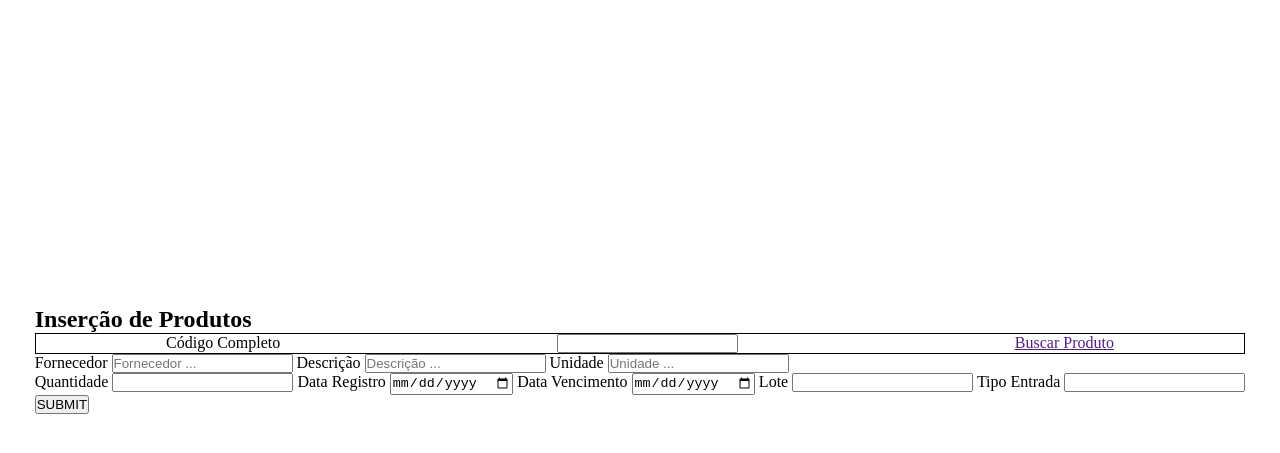
Repository: RobertoAntunes35/controle-estoque
Page: backend/templates/index.html
An editor plug-in stored every save of this project. The page is shown before and after a run of saves, followed by the edit.
The browser window is 1280 px wide. The pictures show the whole page.
The template is drawn by Flask 3. The application's start-up code is not run. The template is opened directly, without the code that normally fills it, so the values that code supplies are empty.

Above is the page before, as saved 2023-05-27 11:36:06.

After the next 2 saves:
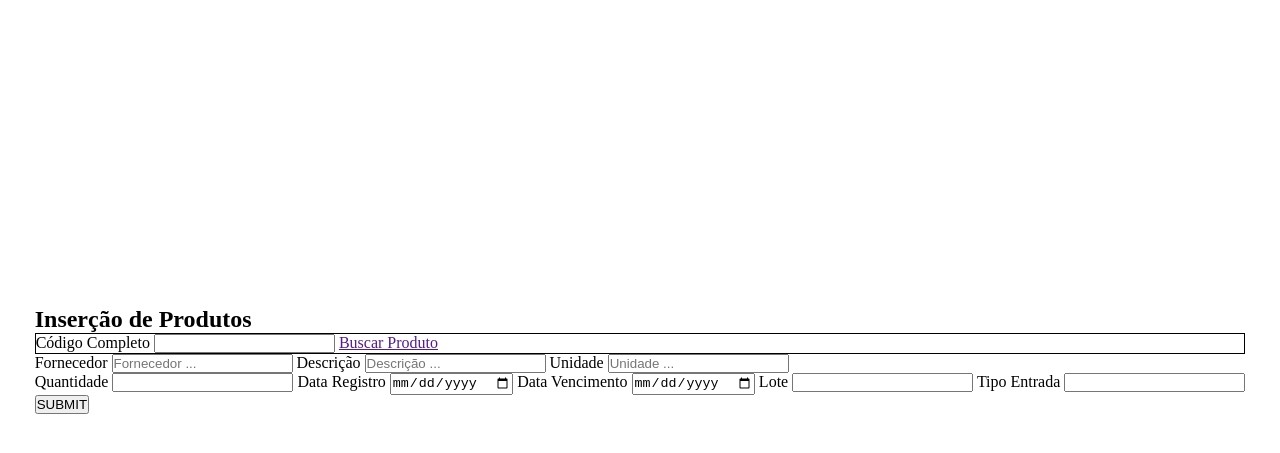
The 2 saves are shown as one change because they came seconds apart.
The last was saved 9 s later.
--- a/backend/static/index.css
+++ b/backend/static/index.css
@@ -15,8 +15,6 @@
 
 .search-product{
     border: 1px solid;
-    display: flex;
-    gap: 1rem;
 
 }
 .values-find{
